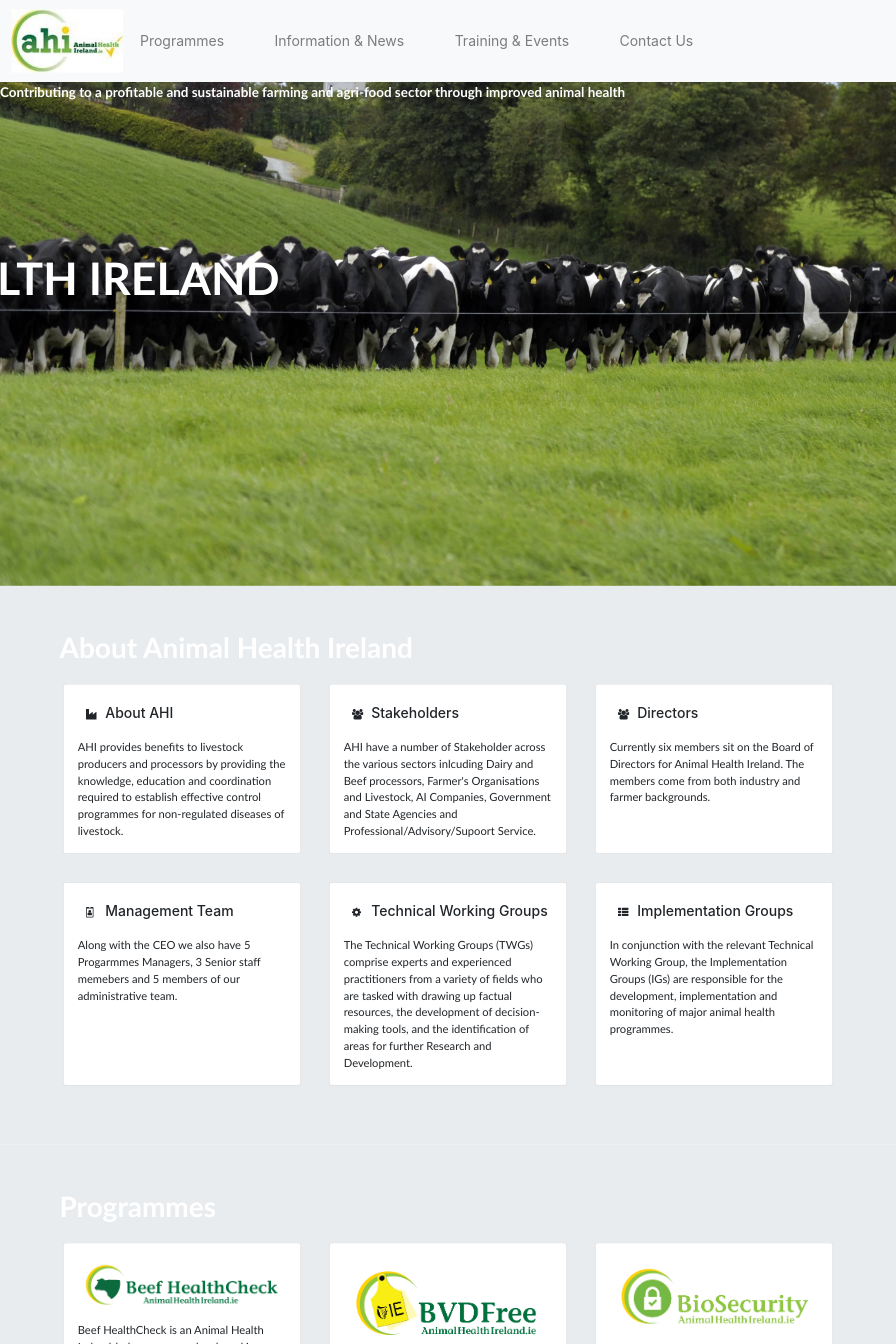
Repository: lisaannbyrne1/MilestoneProject1
Page: index.html
The author's editor kept a record of every edit. The page is drawn from the files as they stood at one moment, then again after the next edit.
The browser window is 1280 px wide. The pictures show the part of the page from y = 0 to 1920 px (the page is 4052 px tall), at 70% of full size.
Backgrounds fixed to the window are drawn as part of the page.

Above is the page before.

After the next edit:
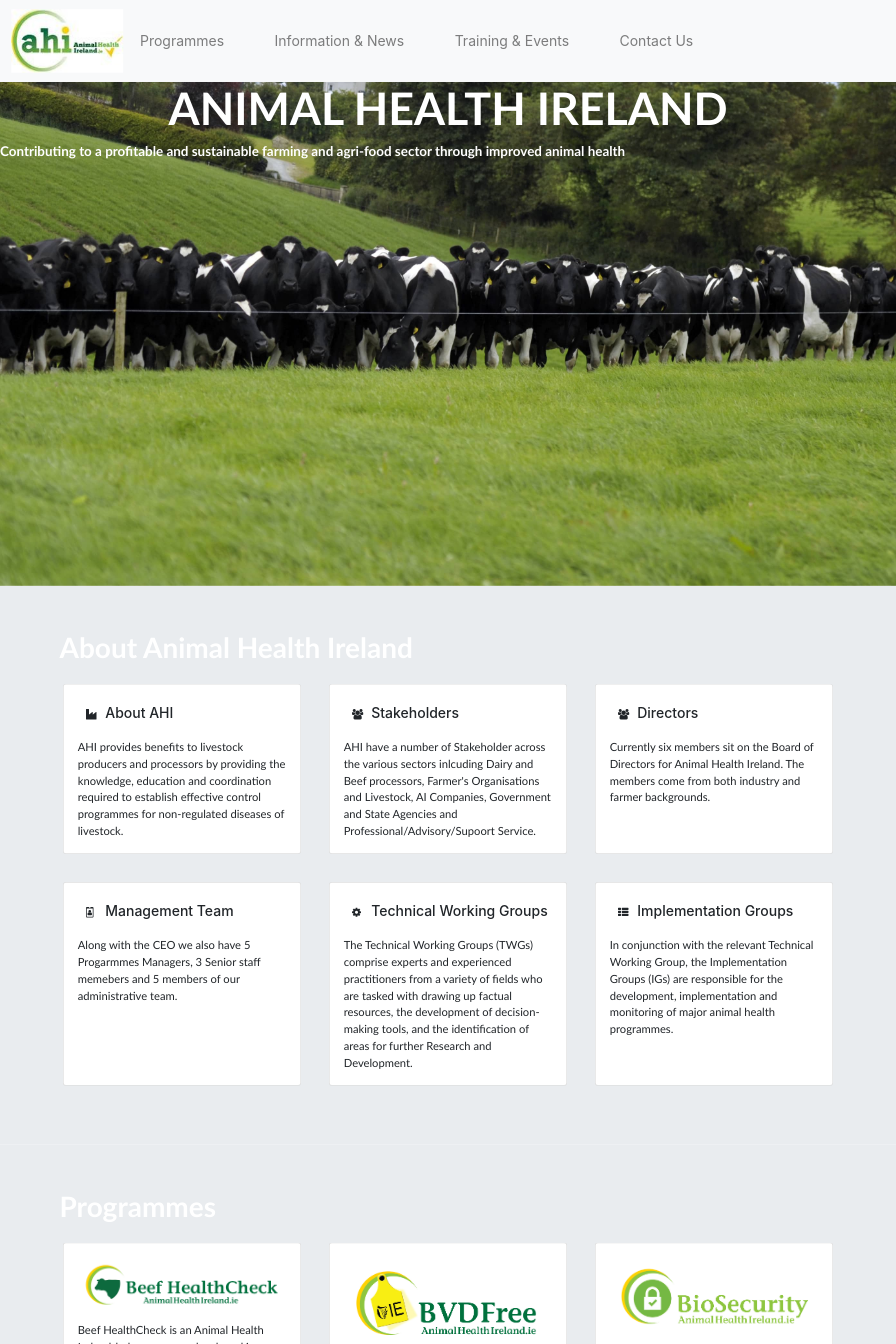
The edit:
--- a/assets/css/style.css
+++ b/assets/css/style.css
@@ -24,9 +24,7 @@
     font-family: Calibri, Helvetica, sans-serif;
     font-size: 4rem;
     font-weight: 900;
-     position: absolute;
-  top: 50%;
-  transform: translate(-50%, 0);
+
 
 }
 
